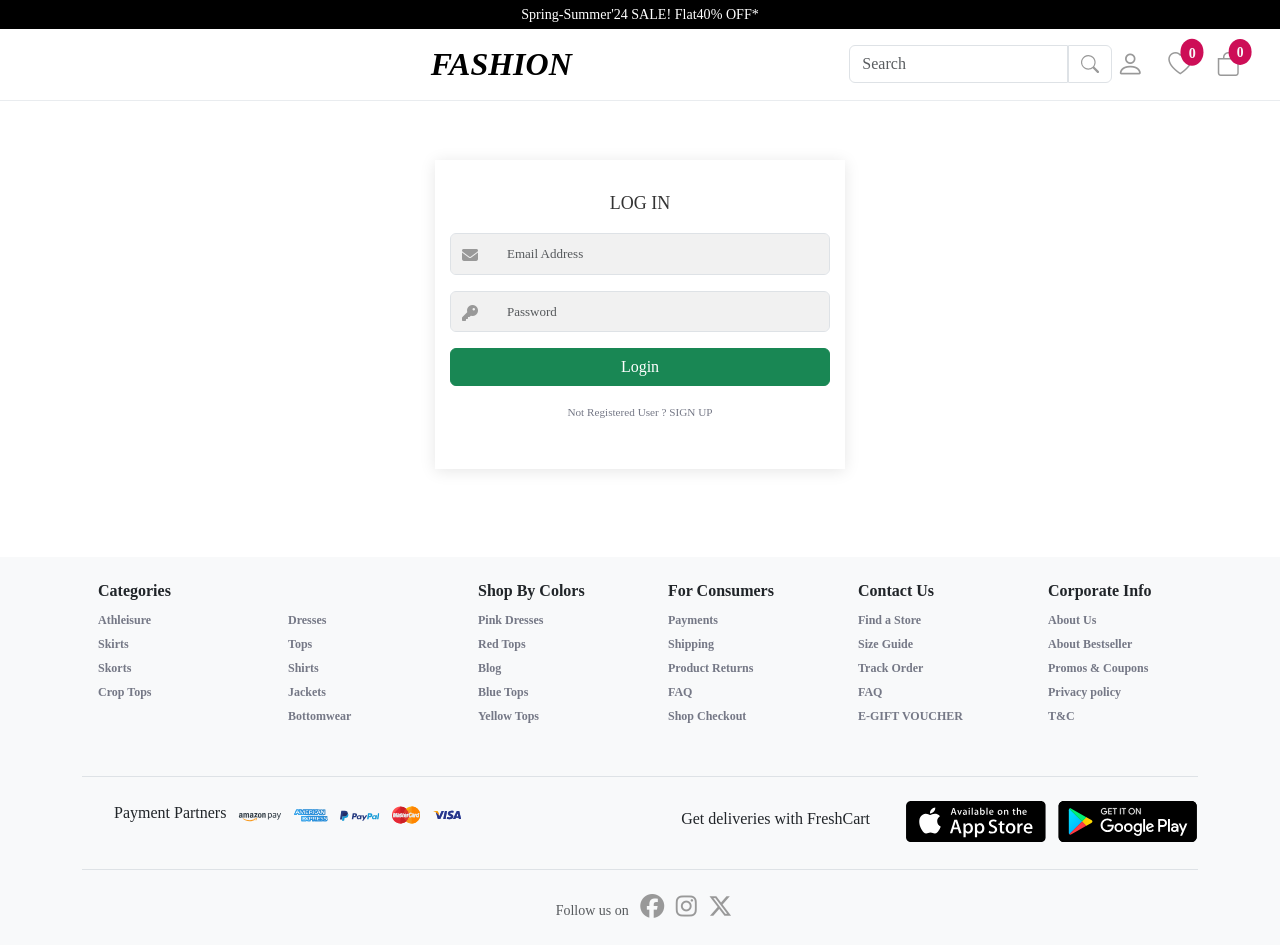
Repository: rutvija-mali/E-commerce
Page: http://localhost/my-fashion-app/login.jsp
These files come from the project's save history. The page is drawn as it stood at one moment and after the next save; the edit follows.
The browser window is 1280 px wide. The pictures show the whole page.
Some web fonts or font styles are not loaded; a fallback is used. Some web libraries are served in a nearby version. The page is served by Tomcat 10.

Above is the page before, as saved 2024-07-06 18:20:24.

After the next save:
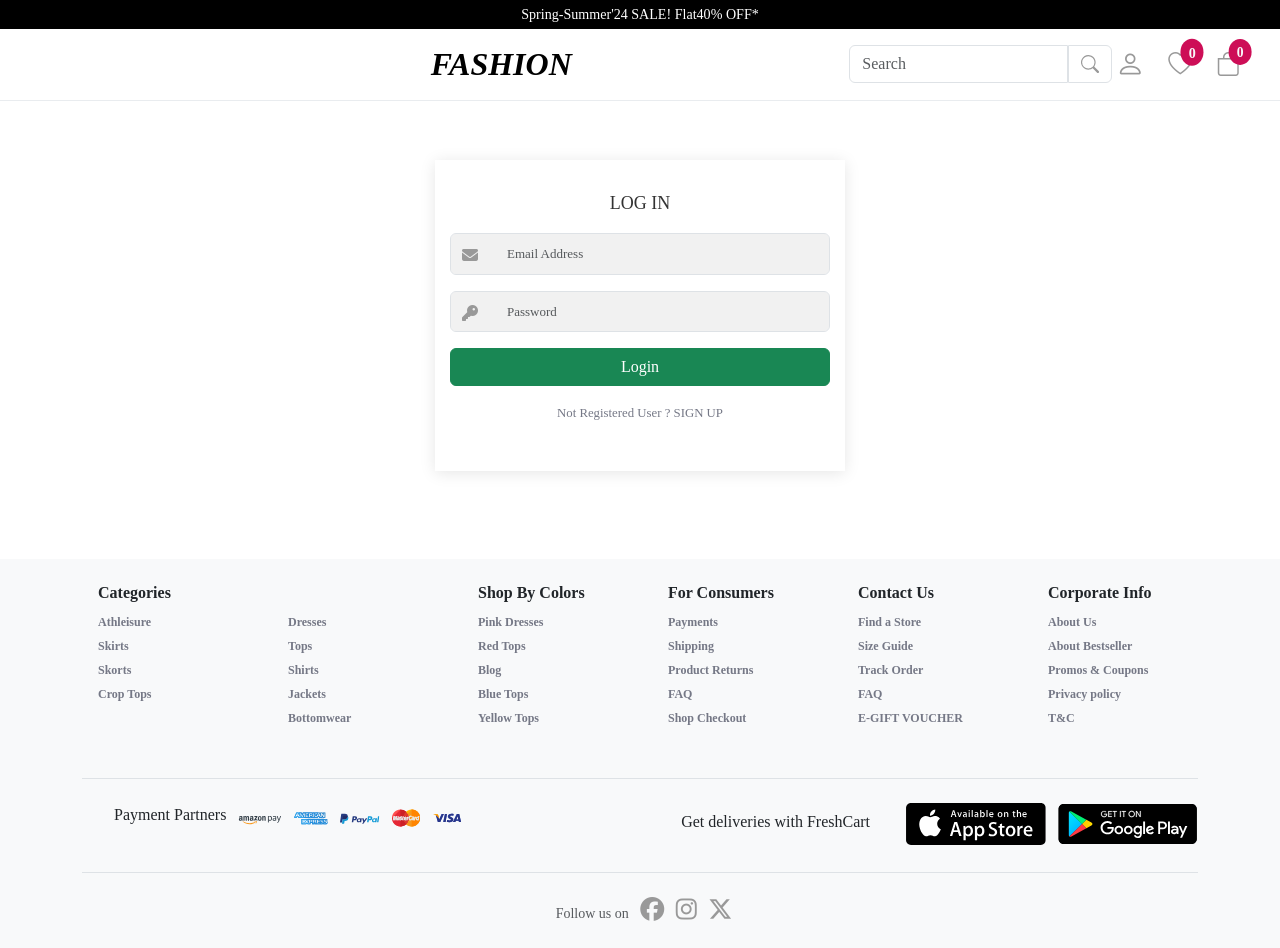
Saved 43 s later.
--- a/my-fashion-app/src/main/webapp/other/stylesheet.css
+++ b/my-fashion-app/src/main/webapp/other/stylesheet.css
@@ -104,7 +104,7 @@ h1, h2, h3, h4, h5, h6 {
 }
 .login-form-footer .footer-items span,.login-form-footer .footer-items a{
 	color:var(--dark-grey);
-    font-size: .7rem;
+    font-size: .8rem;
 
     margin-top: 6%;
 }
